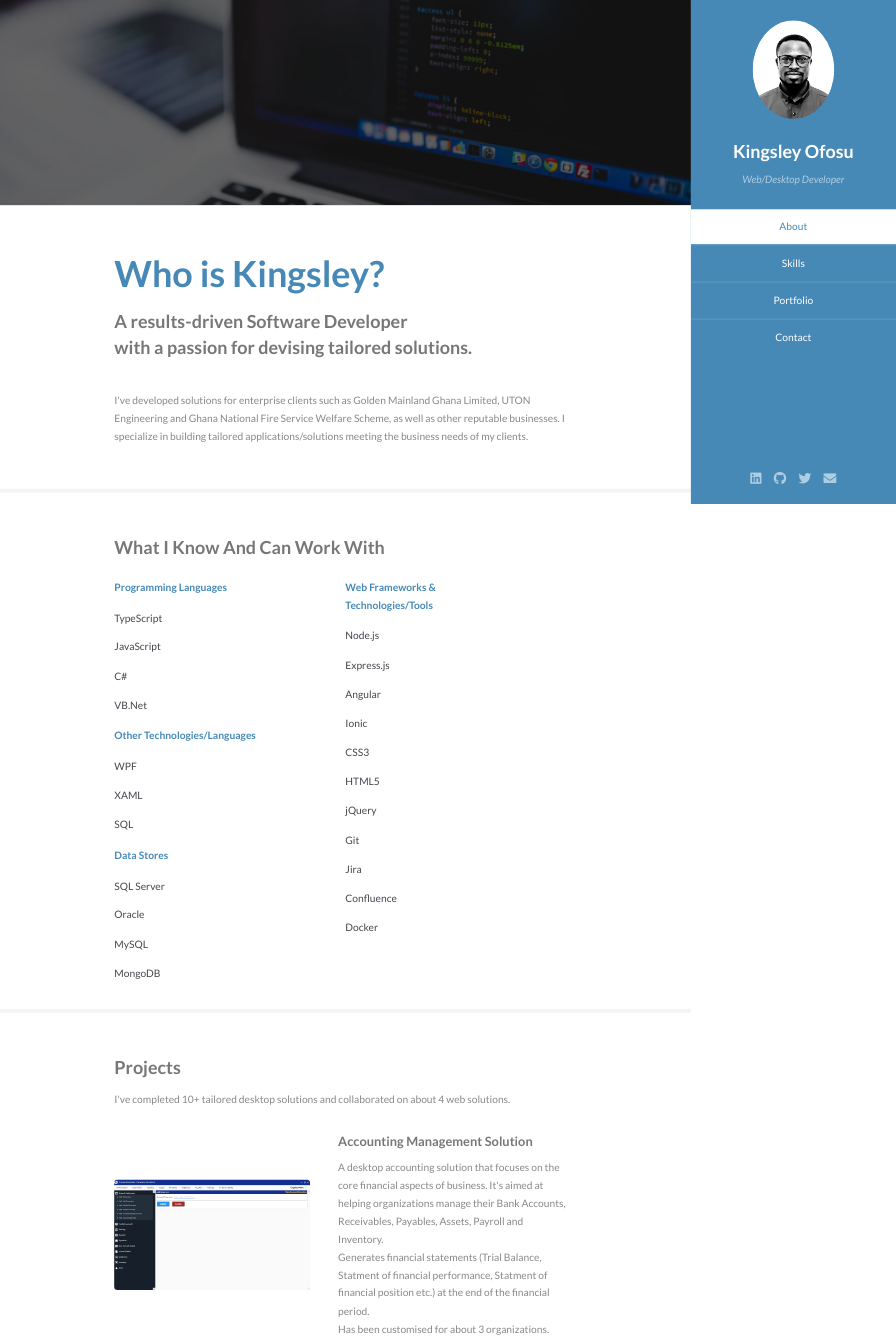
Repository: KOfosu/kingsleyofosu
Page: index.html
The author's editor kept a copy of each file at every save. The page is drawn from the files as they stood at one save, then again after the next save.
The browser window is 1280 px wide. The pictures show the part of the page from y = 0 to 1920 px (the page is 2947 px tall), at 70% of full size.

Above is the page before, as saved 2020-09-14 22:02:39.

### index.html
<!DOCTYPE HTML>
<html lang="en">

<head>
	<title>Kingsley Ofosu</title>
	<meta charset="utf-8" />
	<meta name="viewport" content="width=device-width, initial-scale=1" />
	<meta name="keywords" content="Software Developer, Kingsley, Ofosu, Kingsley Ofosu" />
	<meta name="description" content="Software Developer, Kingsley, Ofosu, Kingsley Ofosu" />
	<link rel="icon" href="images/favicon.ico">
	<link rel="stylesheet" href="assets/css/main.css" />
</head>

<body class="is-preload">

	<!-- Header -->
	<section id="header">
		<header>
			<span class="image avatar"><img src="images/profile-pic.jpg" alt="" /></span>
			<h1 id="logo"><a href="#about">Kingsley Ofosu</a></h1>
			<p>Web/Desktop Developer<br /></p>
		</header>
		<nav id="nav">
			<ul>
				<li><a href="#about" class="active">About</a></li>
				<li><a href="#skills">Skills</a></li>
				<li><a href="#portfolio">Portfolio</a></li>
				<li><a href="#contact">Contact</a></li>

			</ul>
		</nav>
		<footer>
			<ul class="icons">
				<li><a target="_blank" rel="noopener" href="https://www.linkedin.com/in/kingsleyofosu/"
						class="icon brands fa-linkedin"><span class="label">LinkedIn</span></a></li>
				<li><a target="_blank" rel="noopener" href="https://github.com/KOfosu/"
						class="icon brands fa-github"><span class="label">Github</span></a></li>
				<li><a target="_blank" rel="noopener" href="https://twitter.com/kingsleyofosu_/"
						class="icon brands fa-twitter"><span class="label">Twitter</span></a></li>
				<li><a target="_blank" rel="noopener" href="mailto:kingsleyofosu@yahoo.com"
						class="icon solid fa-envelope"><span class="label">Email</span></a></li>
			</ul>
		</footer>
	</section>

	<!-- Wrapper -->
	<div id="wrapper">

		<!-- Main -->
		<div id="main">

			<!-- One -->
			<!-- ******************************** About Me -->
			<section id="about">
				<div class="image main" data-position="center">
					<img src="images/banner.jpg" alt="Profile picture" />
				</div>
				<div class="container">
					<header class="major">
						<h2>Who is Kingsley?</h2>
						<p>A results-driven Software Developer<br />
							with a passion for devising tailored solutions.</p>
					</header>
					<p>I've developed solutions for enterprise clients such as Golden Mainland
						Ghana Limited, UTON Engineering and Ghana National Fire Service Welfare Scheme,
						as well as other reputable businesses.
						I specialize in building tailored applications/solutions meeting the business needs of my
						clients.
					</p>

				</div>
			</section>


			<!-- ******************************* Skills  -->
			<!-- Two -->
			<section id="skills">
				<div class="container">
					<h3>What I Know And Can Work With</h3>
					<div class="skills-list">
						<div class="skills-table-one">
							<table>
								<tr>
									<td class="headings">Programming Languages</td>
								</tr>
								<tr>
									<td>TypeScript</td>
									<td>
										<!-- <i class="fas fa-star"><i class="fas fa-star"><i class="fas fa-star"><i -->
										<!-- class="fas fa-star"><i class="far fa-star"> -->
									<td>
								</tr>
								<tr>
									<td>JavaScript</td>
									<td>
										<!-- <i class="fas fa-star"><i class="fas fa-star"><i class="fas fa-star"><i -->
										<!-- class="fas fa-star"><i class="far fa-star"> -->
									<td>
								</tr>
								<tr>
									<td>C#</td>
									<td>
										<!-- <i class="fas fa-star"><i class="fas fa-star"><i class="fas fa-star"><i -->
										<!-- class="fas fa-star"><i class="far fa-star"> -->
									<td>
								</tr>
								<tr>
									<td>VB.Net</td>
									<td>
										<!-- <i class="fas fa-star"><i class="fas fa-star"><i class="fas fa-star"><i -->
										<!-- class="fas fa-star"><i class="far fa-star"> -->
									<td>
								</tr>

								<tr>
									<td class="headings">Other Technologies/Languages</td>
								</tr>
								<tr>
									<td>WPF</td>
									<td>
										<!-- <i class="fas fa-star"><i class="fas fa-star"><i class="fas fa-star"><i -->
										<!-- class="fas fa-star"><i class="fas fa-star"> -->
									<td>
								</tr>
								<tr>
									<td>XAML</td>
									<td>
										<!-- <i class="fas fa-star"><i class="fas fa-star"><i class="fas fa-star"><i -->
										<!-- class="fas fa-star"><i class="far fa-star"> -->
									<td>
								</tr>
								<tr>
									<td>SQL</td>
									<td>
										<!-- <i class="fas fa-star"><i class="fas fa-star"><i class="fas fa-star"><i -->
										<!-- class="fas fa-star"><i class="far fa-star"> -->
									<td>
								</tr>
								<tr>
									<td class="headings">Data Stores</td>
								</tr>
								<tr>
									<td>SQL Server</td>
									<td>
										<!-- <i class="fas fa-star"><i class="fas fa-star"><i class="fas fa-star"><i -->
										<!-- class="fas fa-star"><i class="far fa-star"> -->
									<td>
								</tr>
								<tr>
									<td>Oracle</td>
									<td>
										<!-- <i class="fas fa-star"><i class="fas fa-star"><i class="fas fa-star"><i -->
										<!-- class="fas fa-star"><i class="far fa-star"> -->
									<td>
								</tr>
								<tr>
									<td>MySQL</td>
									<td>
										<!-- <i class="fas fa-star"><i class="fas fa-star"><i class="fas fa-star"><i -->
										<!-- class="fas fa-star"><i class="far fa-star"> -->
									<td>
								</tr>
								<tr>
									<td>MongoDB</td>
									<td>
										<!-- <i class="fas fa-star"><i class="fas fa-star"><i class="fas fa-star"><i -->
										<!-- class="fas fa-star"><i class="far fa-star"> -->
									<td>
								</tr>
							</table>
						</div>

						<div class="skills-table-two">
							<table>
								<tr>
									<td class="headings">Web Frameworks &amp; Technologies/Tools</td>
								</tr>

								<tr>
									<td>Node.js</td>
									<td>
										<!-- <i class="fas fa-star"><i class="fas fa-star"><i class="fas fa-star"><i -->
										<!-- class="fas fa-star"><i class="far fa-star"> -->
									<td>
								</tr>
								<tr>
									<td>Express.js</td>
									<td>
										<!-- <i class="fas fa-star"><i class="fas fa-star"><i class="fas fa-star"><i -->
										<!-- class="fas fa-star"><i class="far fa-star"> -->
									<td>
								</tr>
								<tr>
									<td>Angular</td>
									<td>
										<!-- <i class="fas fa-star"><i class="fas fa-star"><i class="fas fa-star"><i -->
										<!-- class="far fa-star"><i class="far fa-star"> -->
									<td>
								</tr>
								<tr>
									<td>Ionic</td>
									<td>
										<!-- <i class="fas fa-star"><i class="fas fa-star"><i class="fas fa-star"><i -->
										<!-- class="far fa-star"><i class="far fa-star"> -->
									<td>
								</tr>
								<tr>
									<td>CSS3</td>
									<td>
										<!-- <i class="fas fa-star"><i class="fas fa-star"><i class="fas fa-star"><i -->
										<!-- class="far fa-star"><i class="far fa-star"> -->
									<td>
								</tr>
								<tr>
									<td>HTML5</td>
									<td>
										<!-- <i class="fas fa-star"><i class="fas fa-star"><i class="fas fa-star"><i -->
										<!-- class="fas fa-star"><i class="far fa-star"> -->
									<td>
								</tr>
								<!-- <tr>
									<td>React</td>
									<td><i class="fas fa-star"><i class="fas fa-star"><i class="far fa-star"><i class="far fa-star"><i class="far fa-star"><td>
								</tr> -->

								<tr>
									<td>jQuery</td>
									<td>
										<!-- <i class="fas fa-star"><i class="fas fa-star"><i class="fas fa-star"><i -->
										<!-- class="far fa-star"><i class="far fa-star"> -->
									<td>
								</tr>
								<tr>
									<td>Git</td>
									<td>
										<!-- <i class="fas fa-star"><i class="fas fa-star"><i class="fas fa-star"><i -->
										<!-- class="fas fa-star"><i class="far fa-star"> -->
									<td>
								</tr>
								<tr>
									<td>Jira</td>
									<td>
										<!-- <i class="fas fa-star"><i class="fas fa-star"><i class="fas fa-star"><i -->
										<!-- class="fas fa-star"><i class="far fa-star"> -->
									<td>
								</tr>
								<tr>
									<td>Confluence</td>
									<td>
										<!-- <i class="fas fa-star"><i class="fas fa-star"><i class="fas fa-star"><i -->
										<!-- class="fas fa-star"><i class="far fa-star"> -->
									<td>
								</tr>
								<tr>
									<td>Docker</td>
									<td>
										<!-- <i class="fas fa-star"><i class="fas fa-star"><i class="fas fa-star"><i -->
										<!-- class="fas fa-star"><i class="far fa-star"> -->
									<td>
								</tr>
							</table>
						</div>
					</div>
				</div>
			</section>

			<!-- ***************************** Projects -->
			<!-- Three -->
			<section id="portfolio">
				<div class="container">
					<h3>Projects</h3>
					<p>I've completed 10+ tailored desktop solutions and collaborated on about 4 web solutions.</p>
					<div class="features">
						<article>
							<a href="images/thinkaccounting.JPG" target="_blank" rel="noopener" class="image"><img
									src="images/thinkaccounting.JPG" alt="Image of Accounting System Interface" /></a>
							<div class="inner">
								<h4>Accounting Management Solution</h4>
								<p>A desktop accounting solution that focuses on the core financial aspects of business.
									It's aimed at helping organizations manage their Bank Accounts, Receivables,
									Payables, Assets, Payroll and Inventory. <br>
									Generates financial statements (Trial Balance, Statment of financial performance,
									Statment of financial position etc.)
									at the end of the financial period. <br>
									Has been customised for about 3 organizations.
								</p>
							</div>
						</article>
						<article>
							<a href="images/thinksales.JPG" target="_blank" rel="noopener" class="image"><img
									src="images/thinksales.JPG" alt="Image of inventory System Interface" /></a>
							<div class="inner">
								<h4>Inventory Management Solution</h4>
								<p>This solution is a subset of the Accounting Management Solution and is more focused
									on inventory management.
									It's aimed at helping small to medium scale business manage their inventory and
									sales.
									Helps track products that are expired, about to expire, below stock thresholds etc.
									<br>
									Generates various sales reports and graphs, inventory reports etc. <br>
									Has been customised for 10+ businesses including pharmacies, restaurants etc.
								</p>
							</div>
						</article>
						<article>
							<div class="inner web">
								<h4>Web Solutions Collaborated On</h4>
								<ul>
									<li><a target="_blank" rel="noopener"
											href="https://www.medrxapp.thinkwell.app">Pharmacies
											Management Solution</a> <span
											class="icon solid fa-external-link-alt"></span></li>
									<li><a target="_blank" rel="noopener"
											href="https://www.thinkchurch.thinkwell.app">Church
											Management Solution </a><span
											class="icon solid fa-external-link-alt"></span></li>
									<li><a target="_blank" rel="noopener" href="https://www.adesua.thinkwell.app">School
											Management
											Solution</a> <span class="icon solid fa-external-link-alt"></span></li>
								</ul>
							</div>
						</article>
					</div>
				</div>
			</section>
			<!-- ***************************** Contact -->
			<!-- Four -->
			<section id="contact">
				<div class="container">
					<h3>Contact Me</h3>
					<p><a href="./assets/resume.pdf" target="_blank" rel="noopener"
							class="icon solid fa-download download" download><span> &nbsp; Download My Resume</span></a>
					</p>
					<p><span class="icon solid fa-phone-alt"> &nbsp; +[233] 201694902 / 541424292 </span><br>
						<span class="icon solid fa-envelope"> &nbsp; kingsleyofosu@yahoo.com </span>
					</p>
				</div>
			</section>
		</div>

		<!-- Footer -->
		<section id="footer">
			<div class="container">
				<ul class="copyright">
					<li>&copy; Kingsley Ofosu. All rights reserved.</li>
				</ul>
			</div>
		</section>

	</div>

	<!-- Scripts -->
	<script src="assets/js/jquery.min.js"></script>
	<script src="assets/js/jquery.scrollex.min.js"></script>
	<script src="assets/js/jquery.scrolly.min.js"></script>
	<script src="assets/js/browser.min.js"></script>
	<script src="assets/js/breakpoints.min.js"></script>
	<script src="assets/js/util.js"></script>
	<script src="assets/js/main.js"></script>
</body>

</html>

Loaded but not shown: assets/js/jquery.min.js (library); assets/js/jquery.scrollex.min.js (common file); assets/js/jquery.scrolly.min.js (common file); assets/js/browser.min.js (common file); assets/js/breakpoints.min.js (common file); assets/css/fontawesome-all.min.css (library); assets/js/util.js (587 lines, source omitted); assets/js/main.js (159 lines, source omitted); assets/css/main.css (3580 lines, source omitted)

After the next save:
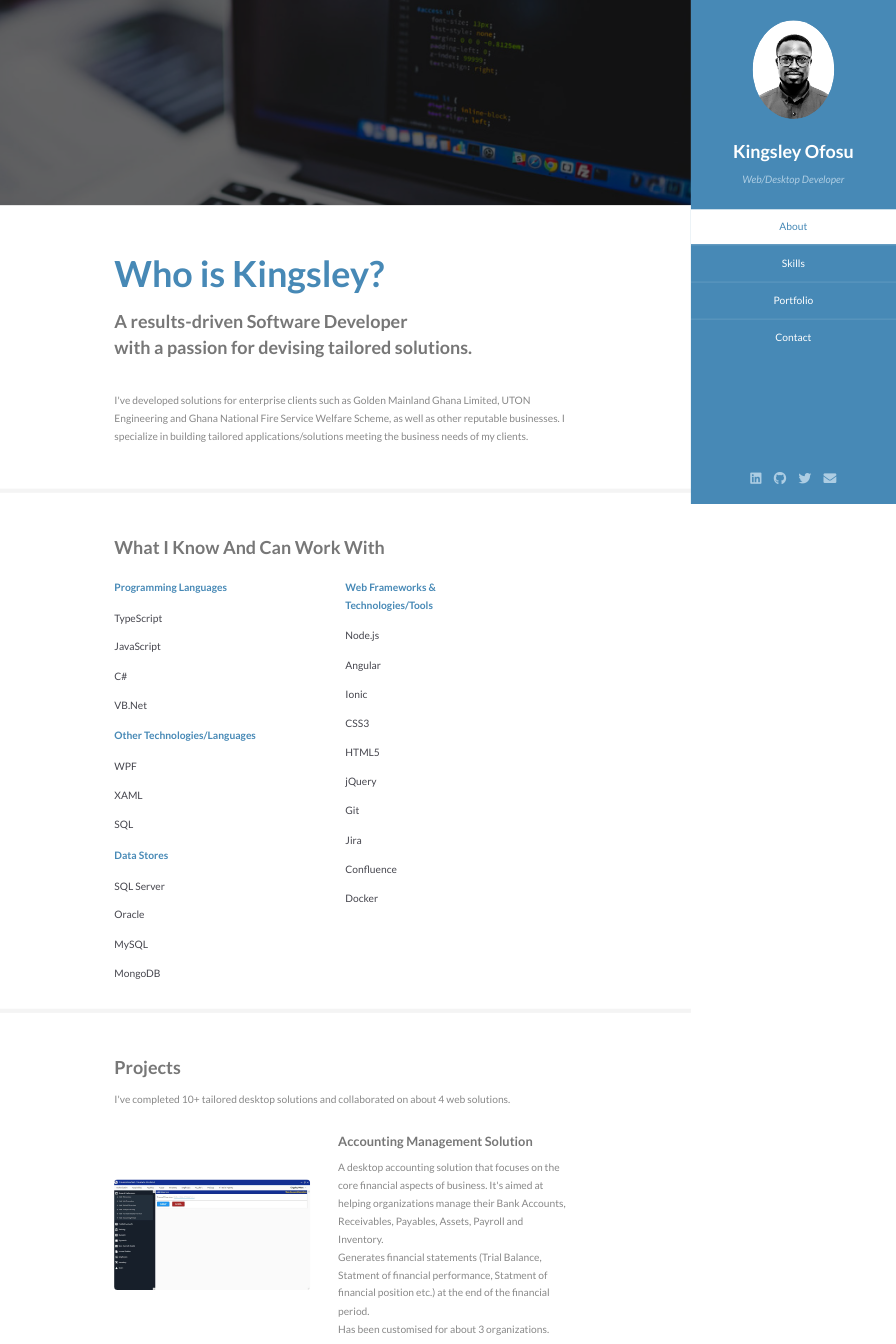
Saved 6 min 48 s later.
--- a/index.html
+++ b/index.html
@@ -85,31 +85,15 @@
 								</tr>
 								<tr>
 									<td>TypeScript</td>
-									<td>
-										<!-- <i class="fas fa-star"><i class="fas fa-star"><i class="fas fa-star"><i -->
-										<!-- class="fas fa-star"><i class="far fa-star"> -->
-									<td>
 								</tr>
 								<tr>
 									<td>JavaScript</td>
-									<td>
-										<!-- <i class="fas fa-star"><i class="fas fa-star"><i class="fas fa-star"><i -->
-										<!-- class="fas fa-star"><i class="far fa-star"> -->
-									<td>
 								</tr>
 								<tr>
 									<td>C#</td>
-									<td>
-										<!-- <i class="fas fa-star"><i class="fas fa-star"><i class="fas fa-star"><i -->
-										<!-- class="fas fa-star"><i class="far fa-star"> -->
-									<td>
 								</tr>
 								<tr>
 									<td>VB.Net</td>
-									<td>
-										<!-- <i class="fas fa-star"><i class="fas fa-star"><i class="fas fa-star"><i -->
-										<!-- class="fas fa-star"><i class="far fa-star"> -->
-									<td>
 								</tr>
 
 								<tr>
@@ -117,55 +101,27 @@
 								</tr>
 								<tr>
 									<td>WPF</td>
-									<td>
-										<!-- <i class="fas fa-star"><i class="fas fa-star"><i class="fas fa-star"><i -->
-										<!-- class="fas fa-star"><i class="fas fa-star"> -->
-									<td>
 								</tr>
 								<tr>
 									<td>XAML</td>
-									<td>
-										<!-- <i class="fas fa-star"><i class="fas fa-star"><i class="fas fa-star"><i -->
-										<!-- class="fas fa-star"><i class="far fa-star"> -->
-									<td>
 								</tr>
 								<tr>
 									<td>SQL</td>
-									<td>
-										<!-- <i class="fas fa-star"><i class="fas fa-star"><i class="fas fa-star"><i -->
-										<!-- class="fas fa-star"><i class="far fa-star"> -->
-									<td>
 								</tr>
 								<tr>
 									<td class="headings">Data Stores</td>
 								</tr>
 								<tr>
 									<td>SQL Server</td>
-									<td>
-										<!-- <i class="fas fa-star"><i class="fas fa-star"><i class="fas fa-star"><i -->
-										<!-- class="fas fa-star"><i class="far fa-star"> -->
-									<td>
 								</tr>
 								<tr>
 									<td>Oracle</td>
-									<td>
-										<!-- <i class="fas fa-star"><i class="fas fa-star"><i class="fas fa-star"><i -->
-										<!-- class="fas fa-star"><i class="far fa-star"> -->
-									<td>
 								</tr>
 								<tr>
 									<td>MySQL</td>
-									<td>
-										<!-- <i class="fas fa-star"><i class="fas fa-star"><i class="fas fa-star"><i -->
-										<!-- class="fas fa-star"><i class="far fa-star"> -->
-									<td>
 								</tr>
 								<tr>
 									<td>MongoDB</td>
-									<td>
-										<!-- <i class="fas fa-star"><i class="fas fa-star"><i class="fas fa-star"><i -->
-										<!-- class="fas fa-star"><i class="far fa-star"> -->
-									<td>
 								</tr>
 							</table>
 						</div>
@@ -178,85 +134,33 @@
 
 								<tr>
 									<td>Node.js</td>
-									<td>
-										<!-- <i class="fas fa-star"><i class="fas fa-star"><i class="fas fa-star"><i -->
-										<!-- class="fas fa-star"><i class="far fa-star"> -->
-									<td>
-								</tr>
-								<tr>
-									<td>Express.js</td>
-									<td>
-										<!-- <i class="fas fa-star"><i class="fas fa-star"><i class="fas fa-star"><i -->
-										<!-- class="fas fa-star"><i class="far fa-star"> -->
-									<td>
 								</tr>
 								<tr>
 									<td>Angular</td>
-									<td>
-										<!-- <i class="fas fa-star"><i class="fas fa-star"><i class="fas fa-star"><i -->
-										<!-- class="far fa-star"><i class="far fa-star"> -->
-									<td>
 								</tr>
 								<tr>
 									<td>Ionic</td>
-									<td>
-										<!-- <i class="fas fa-star"><i class="fas fa-star"><i class="fas fa-star"><i -->
-										<!-- class="far fa-star"><i class="far fa-star"> -->
-									<td>
 								</tr>
 								<tr>
 									<td>CSS3</td>
-									<td>
-										<!-- <i class="fas fa-star"><i class="fas fa-star"><i class="fas fa-star"><i -->
-										<!-- class="far fa-star"><i class="far fa-star"> -->
-									<td>
 								</tr>
 								<tr>
 									<td>HTML5</td>
-									<td>
-										<!-- <i class="fas fa-star"><i class="fas fa-star"><i class="fas fa-star"><i -->
-										<!-- class="fas fa-star"><i class="far fa-star"> -->
-									<td>
-								</tr>
-								<!-- <tr>
-									<td>React</td>
-									<td><i class="fas fa-star"><i class="fas fa-star"><i class="far fa-star"><i class="far fa-star"><i class="far fa-star"><td>
-								</tr> -->
-
+								</tr>
 								<tr>
 									<td>jQuery</td>
-									<td>
-										<!-- <i class="fas fa-star"><i class="fas fa-star"><i class="fas fa-star"><i -->
-										<!-- class="far fa-star"><i class="far fa-star"> -->
-									<td>
 								</tr>
 								<tr>
 									<td>Git</td>
-									<td>
-										<!-- <i class="fas fa-star"><i class="fas fa-star"><i class="fas fa-star"><i -->
-										<!-- class="fas fa-star"><i class="far fa-star"> -->
-									<td>
 								</tr>
 								<tr>
 									<td>Jira</td>
-									<td>
-										<!-- <i class="fas fa-star"><i class="fas fa-star"><i class="fas fa-star"><i -->
-										<!-- class="fas fa-star"><i class="far fa-star"> -->
-									<td>
 								</tr>
 								<tr>
 									<td>Confluence</td>
-									<td>
-										<!-- <i class="fas fa-star"><i class="fas fa-star"><i class="fas fa-star"><i -->
-										<!-- class="fas fa-star"><i class="far fa-star"> -->
-									<td>
 								</tr>
 								<tr>
 									<td>Docker</td>
-									<td>
-										<!-- <i class="fas fa-star"><i class="fas fa-star"><i class="fas fa-star"><i -->
-										<!-- class="fas fa-star"><i class="far fa-star"> -->
-									<td>
 								</tr>
 							</table>
 						</div>
